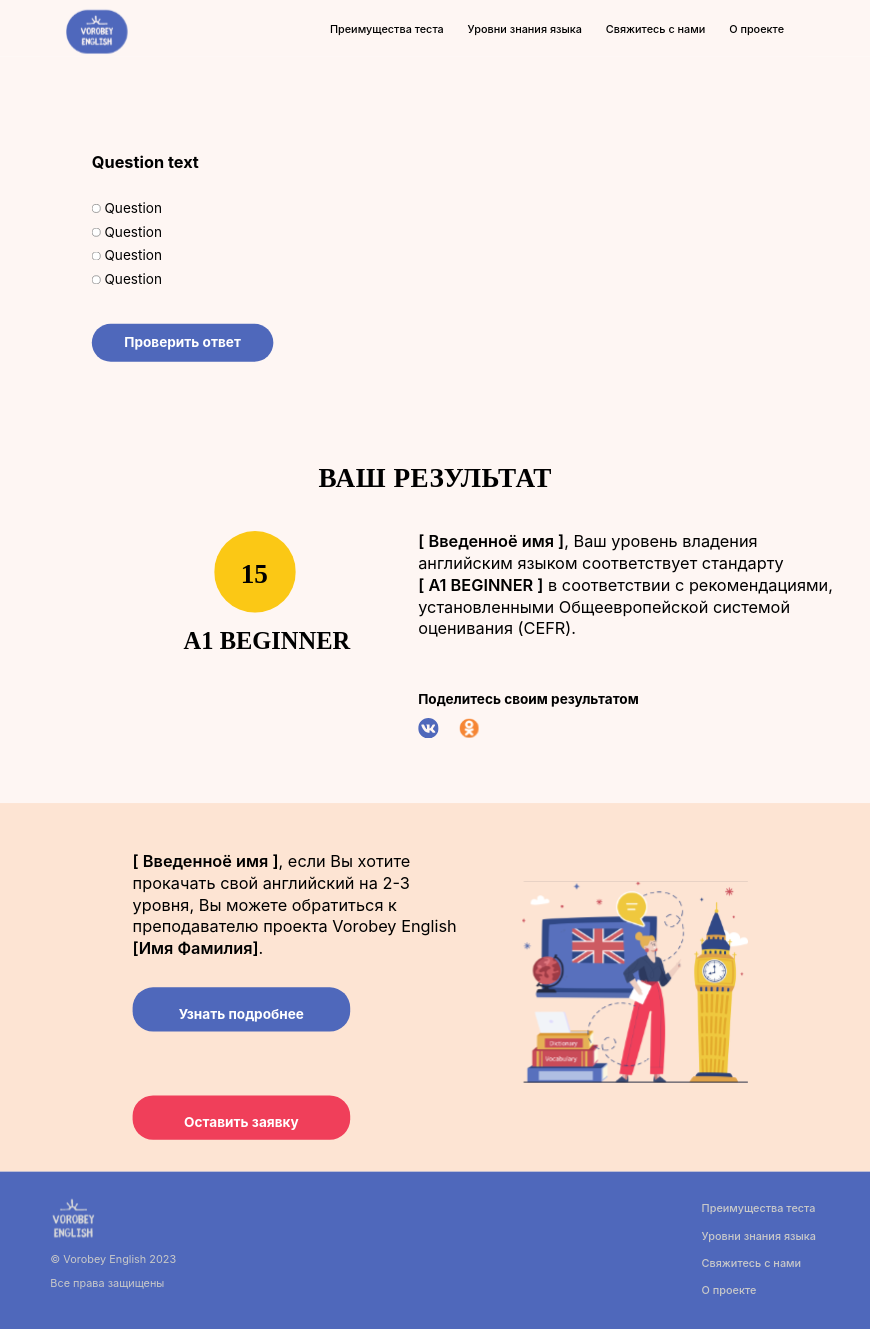
Repository: WladimirVA/PP-01-01_Dandelions
Page: test.html
These files come from the project's save history. The page is drawn as it stood at one moment and after the next save; the edit follows.
The browser window is 1280 px wide. The pictures show the whole page, at 68% of full size.

Above is the page before, as saved 2023-02-22 14:05:41.

### test.html
<!DOCTYPE html>
<html lang="ru">
<head>
    <meta charset="UTF-8">
    <meta http-equiv="X-UA-Compatible" content="IE=edge">
    <meta name="viewport" content="width=device-width, initial-scale=1.0">
    <link href="./static/css/style.css" rel="stylesheet" type="text/css">
    <link href="./static/css/test.css" rel="stylesheet" type="text/css">
    <link href="./static/css/fonts.css" rel="stylesheet" type="text/css">
    <link rel="icon" sizes="16x16" href="./static/img/Иконка _Лого_ (1_1).svg" type="image/x-icon">
    <title>Dandelions</title>
</head>
<body>
    <header class="header" di="HOME">
        <div class="section">
            <div class="section-header">
                <div class="logo">
                    <a href="Index.html"><img src="./static/img/Иконка _Лого_ (1).svg"></a>
                </div>
                <nav>
                    <ul class="header-nav">
                        <li><a class="link" href="./Index.html">Преимущества теста</a></li>
                        <li><a class="link" href="./Index.html">Уровни знания языка</a></li>
                        <li><a class="link" href="#">Свяжитесь с нами</a></li>
                        <li><a class="link" href="#">О проекте</a></li>
                    </ul>
                </nav>
            </div>
        </div>
    </header>
    <main>
        <div class="section">
            <form class="quiz-box" id="quiz" method="post">
                <div class="quiz-header">
                    <h2 id="question">Question text</h2>
                    <ul>
                        <li>
                            <input type="radio" name="answer" id="a" class="answer" onchange="document.getElementById('submit').disabled = !this.checked;">
                            <label for="a" id="a_text">Question</label>
                        </li>
                        <li>
                            <input type="radio" name="answer" id="b" class="answer" onchange="document.getElementById('submit').disabled = !this.checked;">
                            <label for="b" id="b_text">Question</label>
                        </li>
                        <li>
                            <input type="radio" name="answer" id="c" class="answer" onchange="document.getElementById('submit').disabled = !this.checked;">
                            <label for="c" id="c_text">Question</label>
                        </li>
                        <li>
                            <input type="radio" name="answer" id="d" class="answer" onchange="document.getElementById('submit').disabled = !this.checked;">
                            <label for="d" id="d_text">Question</label>
                        </li>
                    </ul>
                </div>
                <div class="button-test">
                    <button class="button test_button" id="submit" disabled>Проверить ответ</button>
                </div>
            </form>

            <form class="result">
                <div class="title-result">
                    <p>Ваш Результат</p>
                </div>
                <div class="result1">
                    <div class="level-2">
                        <div class="level">
                            <img src="./static/img/Ellipse 15.svg" alt="Result">
                            <p>15</p>
                        </div>
                        <div class="lavel-1">
                            <p>А1  BEGINNER</p>
                        </div>
                    </div>
                    <div class="">
                            <p class="info-result-p"><span style="font-weight: 600;"> [ Введенноё имя ]</span>, Ваш уровень владения английским языком соответствует стандарту <br><span style="font-weight: 600;">[ А1 BEGINNER ]</span> в соответствии
                            с рекомендациями, установленными Общеевропейской системой оценивания (CEFR).</p>
                        <div class="share">
                            <p>Поделитесь своим результатом</p>
                            <div class="share-img">
                                <a href="https://vk.com/" target="_blank"><img src="./static/img/VK.svg" alt="VK"></a>
                                <a href="https://ok.ru/" target="_blank"><img src="./static/img/odnoklassniki 1.svg" alt="odnoklassniki"></a>
                                <!-- <img src="./static/img/instagram3 1.svg" alt="instagram"> -->
                            </div>
                        </div>
                    </div>
                </div>
                <div class="appeal">
                    <div class="appeal-text">
                        <p><span style="font-weight: 600;">[ Введенноё имя ]</span>, если Вы хотите прокачать свой английский на 2-3 уровня, Вы можете обратиться
                        к преподавателю проекта Vorobey English <span style="font-weight: 600;">[Имя Фамилия]</span>. </p>
                        <div class="button-test">
                            <button class="button test_button" id="submit">Узнать подробнее</button>
                        </div>
                        <div class="button-test">
                            <button class="button test_button" id="application">Оставить заявку</button>
                        </div>
                    </div>
                    <div>
                        <img src="./static/img/Group 82 1 1.svg" alt="">
                    </div>

                </div>
            </form>
        </div>
    </main>
    <footer class="FOOTER">
            <div class="section-footer">
                <div class="footer-logo">
                    <a href="Index.html"><img src="./static/img/Vector (3).svg"></a>
                    <p class="footer-logo-p">© Vorobey English 2023</p>
                    <p class="footer-logo-p2">Все права защищены</p>
                </div>
                <div class="footer-navi">
                    <nav>
                        <ul class="footer-nav">
                            <li><a class="footer-link" href="#HOME">Преимущества теста</a></li>
                            <li><a class="footer-link" href="#HOME">Уровни знания языка</a></li>
                            <li><a class="footer-link" href="#HOME">Свяжитесь с нами</a></li>
                            <li><a class="footer-link" href="#">О проекте</a></li>
                        </ul>
                    </nav>
                    <!-- <p><a class="footer-link" href="mailto:englishtest@yandex.ru">englishtest@yandex.ru</a></p> -->
                </div>
            </div>
    </footer>
</body>

</html>

### static/css/style.css
body {
    scroll-behavior: smooth;
    align-items: center;
    width: 100%;
    max-width: 1366px;
    margin: auto;
    font-family: 'Inter', 'Work Sans', "NunitoSans-Light", Arial, Helvetica, sans-serif;
}

.section {
    margin: 0 auto;
    max-width: 1366px;
}

* {
    margin: 0;
    padding: 0;
}
.header {
    padding: 0 92px 0 59px;
    background-color: #FEF6F3;
}
.section-header {
    justify-content: space-between;
    height: 83px;
    width: 100%;
    display: flex;
    align-items: center;
}
.logo {
    width: 84px;
    height: auto;
}
.header-nav {
    display: flex;
    list-style-type: none;
}
.link {
    text-decoration: none;
    /* cursor: pointer; */
    font-family: 'Inter';
    font-weight: 500;
    font-size: 16px;
    line-height: 19px;
    color: #000000;
}
.header-nav li {
    margin-right: 35px;
}

.HOME {
    padding: 64px 92px 108px 93px;
    background-color: #FEF6F3;
}
.section-home {
    align-items: center;
    display: flex;
    justify-content: space-between;
    margin-top: -90px;
}


.title {
    font-family: 'Work Sans';
    font-style: normal;
    font-weight: 600;
    font-size: 40px;
    line-height: 48px;
    display: flex;
    align-items: center;
    letter-spacing: 0.02em;
    text-transform: uppercase;
}
.home_p {
    font-family: 'Work Sans';
    font-style: normal;
    font-weight: 400;
    font-size: 20px;
    line-height: 24px;
    margin-top: 43px;
}

.home_ul {
    margin-top: 35px;
}
.home_li {
    list-style-type: none;
    margin-top: 12px;
    font-family: 'Inter';
    font-style: normal;
    font-weight: 400;
    font-size: 16px;
    line-height: 20px;
}

.check {
    margin-bottom: -7px;
    margin-right: 16px;
}

.buttonsHome {
    margin-top: 68px;
}
.button_home {
    background: #FBC815;
    border-radius: 50px;
    width: 267px;
    height: 56px;
    font-family: 'Inter';
    font-style: normal;
    font-weight: 700;
    font-size: 20px;
    line-height: 24px;
    border: 0;
    cursor: pointer;
}

.button_home:hover {
    background-color: #BC9F3B;
}

.button_home:active {
    background-color: #FDE07D;
}

.image-home {
    max-width: 747px;
    max-height: 496px;
}

.title_2 {
    display: block;
    padding-top: 68px;
    text-transform: none;
    font-family: 'Work Sans';
    font-style: normal;
    font-weight: 800;
    font-size: 36px;
    line-height: 48px;
    align-items: center;
    text-align: center;
}

.WHY-TEST {
    background-color: #FDE4D3;
    Height: 616px;
}

.section-home-2 {
    align-items: center;
    display: flex;
    justify-content: space-around;
    margin-top: 20px;
}

.home-text {
    width: 490px;
}

.p-text {
    margin-top: 32px;
}

.ADVAN_TEST {
    background: #4F68BB;
    color: white;
    height: 665px;
    padding-top: 63px;
    /* margin-top: 120px; */
}

.content_img {
    margin-top: -215px;
    text-align: end;
    margin-right: 50px;
}

.rot-sheet {
    margin: 0 -34px 90px 0px;
}

.rot-sheet-1 {
    margin: 0 -35px 90px 0px;
}

.rot-img1 {
    width: 117px;
    margin-top: 11px;
    margin-right: -20px;
}

.rot-img2 {
    width: 65px;
    margin-bottom: -35px;
}

.rot-img3 {
    width: 78px;
    margin-bottom: 20px;
    margin-left: -20px;
}

img.rot {
    animation: 1s linear 0s normal none infinite running rot;
    -webkit-animation: 4s linear 0s normal none infinite running rot;
    /* width: 100px; */
  }
  @keyframes rot {
    0% {
      transform: rotate(0deg);
    }
    100% {
      transform: rotate(360deg);
    }
  }
  @-webkit-keyframes rot {
    0% {
      transform: rotate(0deg);
    }
    100% {
      transform: rotate(360deg);
    }
  }

  img.rot1 {
    animation: 1s linear 0s normal none infinite running rot1;
    -webkit-animation: 4s linear 0s normal none infinite running rot1;
    /* width: 100px; */
  }
  @keyframes rot1 {
    0% {
      transform: rotate(360deg);
    }
    100% {
      transform: rotate(0deg);
    }
  }
  @-webkit-keyframes rot1 {
    0% {
      transform: rotate(0deg);
    }
    100% {
      transform: rotate(360deg);
    }
  }


.content-ADVAN_TEST {
    display: flex;
    justify-content: space-evenly;
    margin-top: 60px;
}

.test-info {
   width: 300px;
}



.title_3 {
    margin-top: 36px;
    display: block;
    text-transform: none;
    font-family: 'Work Sans';
    font-style: normal;
    font-weight: 800;
    font-size: 36px;
    line-height: 48px;
    align-items: center;
    text-align: center;
}

.advan-test {
    margin: 30px 0 30px 0;
    font-style: normal;
    font-weight: 700;
    font-size: 24px;
    line-height: 32px;
}

.advan-test-p {
    font-style: normal;
    font-weight: 400;
    font-size: 18px;
    line-height: 24px;
}

.advan-test-p-2 {
    margin: 95px 0 0 115px;
    max-width: 1135px;
}

.container {
    display: grid;
    grid-template-columns: repeat(3, 295px);
    justify-items: stretch;
    justify-content: space-around;;
    grid-template-rows: 100px 100px 100px;
    row-gap:  280px;
    margin-top: -30px;
}

.text_test img {
    margin-left: 700px;
}

.container-box h3 {
    font-style: normal;
    font-weight: 700;
    font-size: 32px;
    line-height: 36px;
}

.container-box-p {
    font-style: normal;
    font-weight: 700;
    font-size: 24px;
    line-height: 32px;
    margin: 60px 0 15px 0;
}

.container-box-p2 {
    font-style: normal;
    font-weight: 400;
    font-size: 16px;
    line-height: 24px;
}

.LANGUAGE_LEVELS {
    background-color:  #FEF6F3;
}

.content {
    padding-top: 66px;
}

.container-box {
    position: relative;
}

.box-1 h3 {
    position: absolute;
}

.cloud {
    margin: -11px 0 0 -80px;
    position: absolute;
}

.ball {
    display: block;
    position: inherit;
    margin-left:195px;
    margin-top: 30px;
}

.ball-2 {
    margin-left: 180px;
}

.ball-3 {
    display: block;
    margin-left: 335px;
    margin-top: -199px;
}

.button {
    text-align: center;
    background: #F03F5A;
    cursor: pointer;
    border-radius: 30px;
    border: 0;
}

.TEST {
    background-color: #FBCDA6;
    height: 352px;
}

.test_button {
    margin-top: 30px;
    width: 267px;
    height: 56px;
    font-family: 'Inter';
    font-style: normal;
    font-weight: 700;
    font-size: 20px;
    line-height: 24px;
}

.test_button:hover {
    background-color: #B45060;
}

.test_button:active {
    background-color: #F893A3;
}

.test-now {
    display: flex;
    justify-content: space-between;
    margin-left: 89px;
}

.test-now-text {
    text-align: center;
    margin-top: 15px;
}

.test-now-img {
    margin-top: -159px;
}

.FOOTER {
    background: #4F68BB;
    height: 232px;
    color: #C9C9C9;
}

.footer-logo-p {
    margin-top: -65px;
    margin-left: 74px;
}

.footer-logo-p2 {
    margin-top: 16px;
    margin-left: 74px;
}


.section-footer {
    display: flex;
    justify-content: space-between;
    align-items: center;
    max-width: 1200px;
}

.footer-logo {
    margin-top: -37px;
}

.footer-logo img {
    margin-top: -20px;
}

.footer-navi {
    margin-top: 34px;
}

.footer-nav {
    display: grid;
    list-style-type: none;
    line-height: 2.5;
}

.footer-link {
    text-decoration: none;
    font-family: 'Inter';
    font-weight: 500;
    font-size: 16px;
    line-height: 19px;
    color: #C9C9C9;
    list-style-type: none;
}

.footer-link:hover {
    /* transform: scale(1.2); */
    text-decoration:underline;
}

### static/css/test.css
.header {
    max-width: 1366px;
    max-height: 825px;
    background-color: #FEF6F3;
}
.section {
    width:100%;
    height:100%;
    background-color: #FEF6F3;
}

.quiz-box {
    padding: 146px 0 0 135px;
}

.quiz-header ul {
    line-height: 24px;
    /* width: 214px; */
    font-family: 'Inter';
    font-style: normal;
    font-weight: 400;
    font-size: 20px;
    line-height: 35px;
    list-style-type: none;
}

.quiz-header {
    font-family: 'Inter';
    font-style: normal;
    font-weight: 400;
    font-size: 16px;
    line-height: 20px;
}

.quiz-header h2 {
    margin-bottom: 40px;
}

.button-test {
    padding: 17px 0 47px 0;

}

.test_button {
    background: #4F68BB;
    color:#FFFFFF;
    cursor: pointer;
}

#submit:hover {
    background-color: #1A307A;
}

#submit:active {
    background-color: #97A7DD;
}

.result {
    padding: 100px 0 0 0;
}

.title-result {
    text-align: center;
    align-items: center;
    text-align: center;
    letter-spacing: 0.02em;
    text-transform: uppercase;
    color: #000000;
    font-family: 'Work Sans';
    font-style: normal;
    font-weight: 600;
    font-size: 40px;
    line-height: 48px;
    margin-bottom: 54px;
}

.result1 {
    display: flex;
    justify-content: space-around;
}

.info-result-p {
    width: 615px;
    height: 235px;
    font-family: 'Inter';
    font-style: normal;
    font-size: 24px;
    line-height: 32px;
    }

.level {
    margin-left: 45px;
}

.level p {
    margin: -85px 0 0 39px;
    font-family: 'Work Sans';
    font-style: normal;
    font-weight: 600;
    font-size: 40px;
    line-height: 48px;
}

.level-2 {
    margin-left: 220px;
}

.lavel-1 {
    font-family: 'Work Sans';
    margin-top: 50px;
    font-style: normal;
    font-weight: 700;
    font-size: 36px;
    line-height: 48px;
    }

.share {
    position: absolute;
}

.share p {
    font-family: 'Inter';
    font-style: normal;
    font-weight: 700;
    font-size: 20px;
    line-height: 24px;
}

.share-img {
    display: flex;
}

.share-img img {
    margin: 16px 30px 0 0;
}

.appeal {
    display: flex;
    justify-content: space-between;
    background-size: 100%;
    background-color: #FDE4D3;
    padding-top: 75px;
    padding: 70px 0 0 195px;
    margin-top: 165px;
}

.appeal button {
    width: 320px;
    height: 65px;
}

#application {
    background-color: #F03F5A;
}

#application:hover {
    background-color: #B45060;
}

#application:active {
    background-color: #F893A3;
}

.appeal-text {
    font-family: 'Inter';
    font-style: normal;
    font-size: 24px;
    line-height: 32px;
}

.appeal-text button {
    padding-top: 15px;
}

.appeal img {
    margin-right: 180px;
    padding-top: 45px;
}

.appeal-text p {
    width: 484px;
    height: 154px;
}

### static/css/fonts.css
/* @import url('https://fonts.googleapis.com/css2?family=Work+Sans:ital,wght@0,600;0,800;1,800&display=swap'); */


/* @import url('https://fonts.googleapis.com/css2?family=Inter:wght@400;500;600;700;800&family=Work+Sans:ital,wght@0,600;0,800;1,800&display=swap'); */

/*
@import url('https://fonts.googleapis.com/css2?family=Inter:wght@100;200;300;400;500;600;700;800;900&display=swap');

@import url('https://fonts.googleapis.com/css2?family=Inter:wght@100;200;300;400;500;600;700;800;900&family=Work+Sans:ital,wght@0,100;0,200;0,300;0,400;0,500;0,600;0,700;0,800;0,900;1,100;1,200;1,300;1,400;1,500;1,600;1,700;1,800;1,900&display=swap'); */

After the next save:
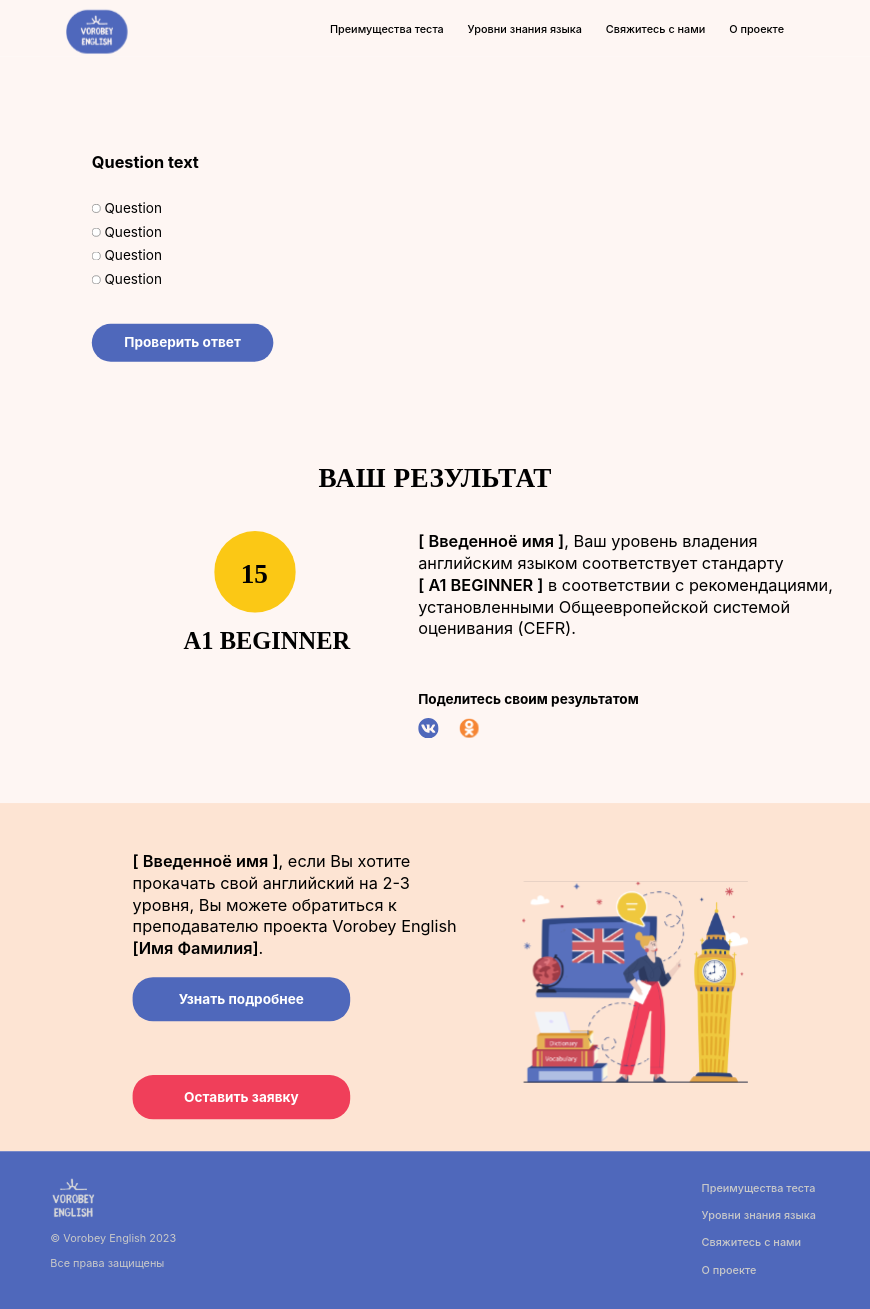
Saved 48 s later.
--- a/static/css/test.css
+++ b/static/css/test.css
@@ -169,7 +169,7 @@
 }
 
 .appeal-text button {
-    padding-top: 15px;
+    margin-top: 15px;
 }
 
 .appeal img {
